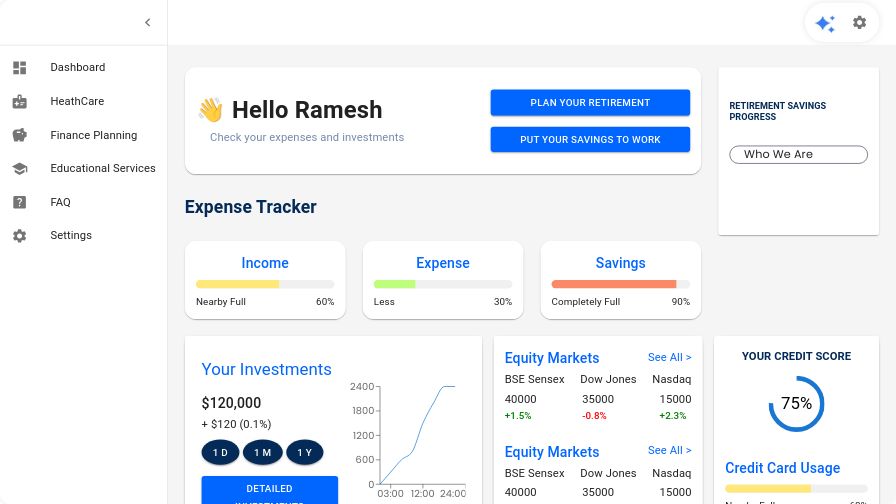
Repository: shubhampirate/TIAA_Retirement_hackathon
Page: /
An editor plug-in stored every save of this project. The page is shown before and after the next save, followed by the edit.
The browser window is 1280 px wide. The pictures show the part of the page from y = 0 to 1920 px (the page is 720 px tall before and 3170 px after), at 70% of full size.
An inner scrolling area shows only its first screen. The project was rebuilt for these pictures with package versions that can differ from the ones it lists, and the page was loaded fresh each time. Also part of the build but not shown: src/pages/Sign_In.jsx, src/Components/GaugeChart.jsx.

Above is the page before, as saved 2023-11-15 19:07:29.

After the next save:
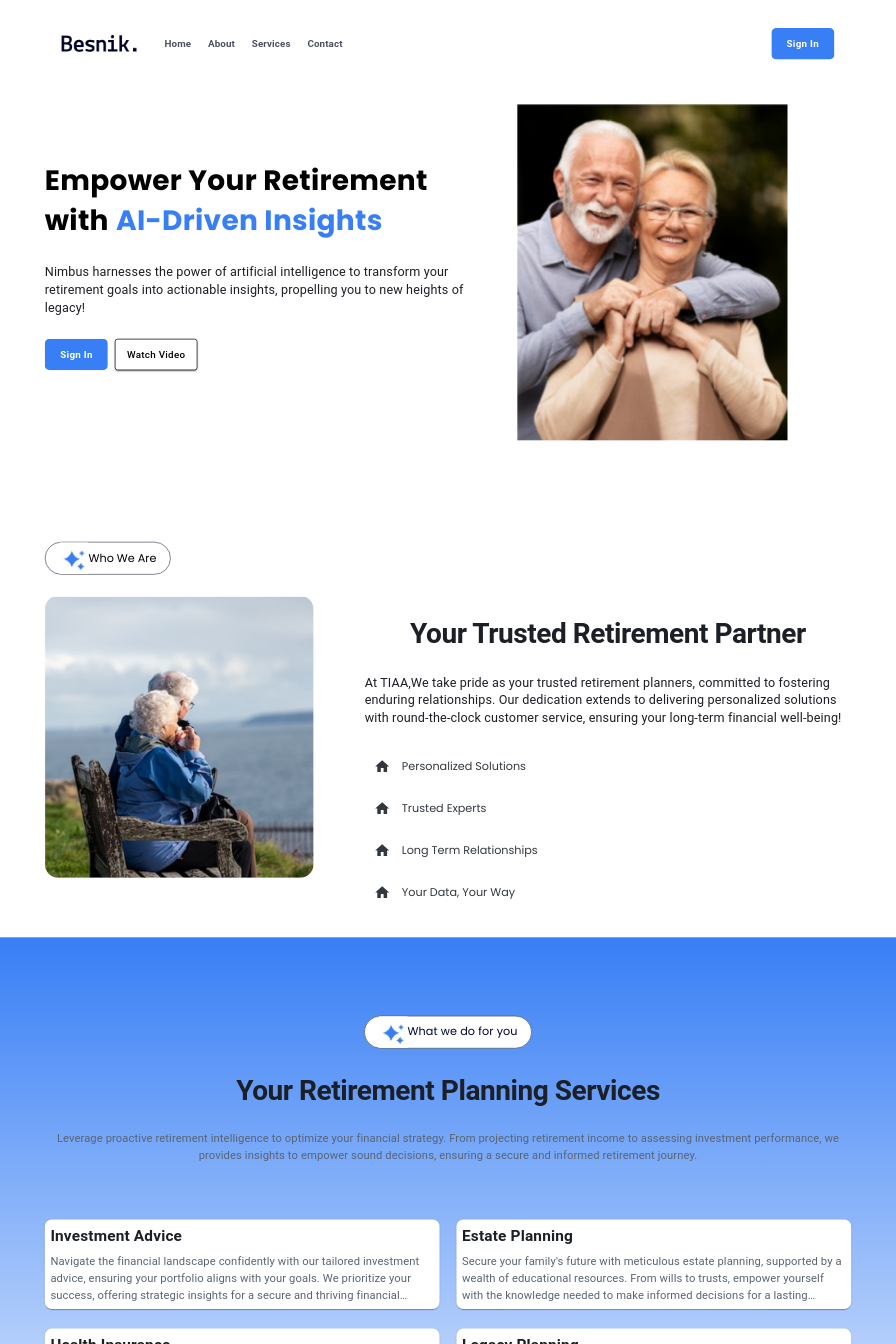
Saved 91 s later.
--- a/src/App.jsx
+++ b/src/App.jsx
@@ -7,9 +7,9 @@ import Dashboard from "./Components/Dashboard";
 function App() {
   return (
     <>
-      {/* <Hero /> */}
+      <Hero />
       {/* <SignIn/> */}
-      <Dashboard />
+      {/* <Dashboard /> */}
       {/* <GaugeChart />  */}
     </>
   );
